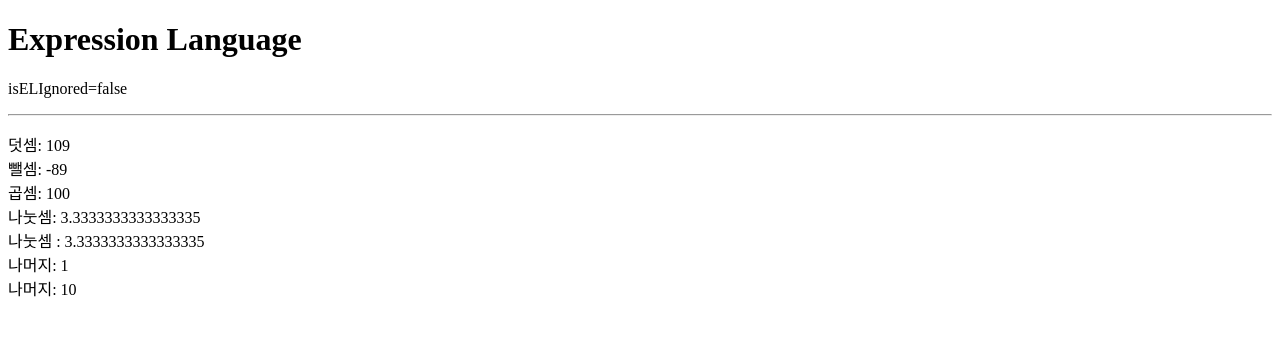
Repository: jsb5589/JAVAStudy
Page: http://localhost/JSP04/elTest2.jsp
These files come from the project's save history. The page is drawn as it stood at one moment and after the next save; the edit follows.
The browser window is 1280 px wide. The pictures show the whole page.
The page is served by Tomcat 9.

Above is the page before, as saved 2021-08-12 06:31:55.

After the next save:
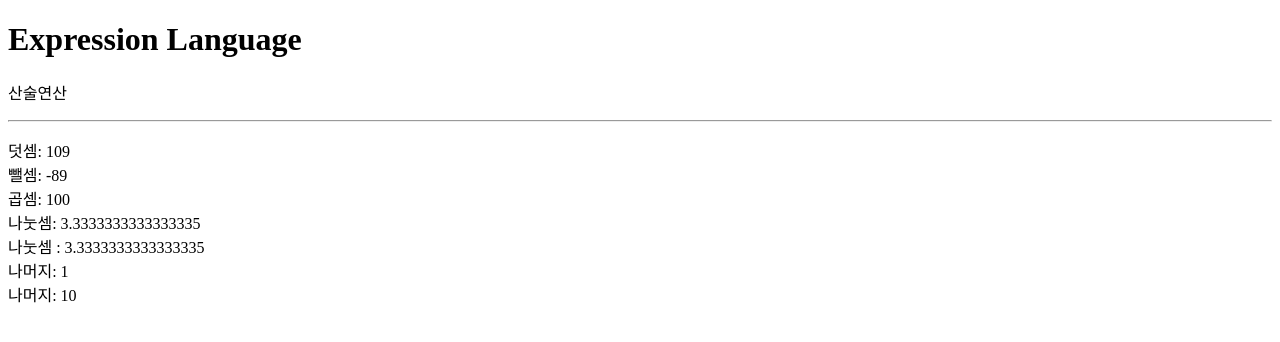
Saved 17 s later.
--- a/EZWebs/JSP04/src/main/webapp/elTest2.jsp
+++ b/EZWebs/JSP04/src/main/webapp/elTest2.jsp
@@ -8,7 +8,7 @@
 </head>
 <body>
 	<h1>Expression Language</h1>
-	<p>isELIgnored=false</p>
+	<p>산술연산</p>
 	<hr>
 	<p>
 		덧셈: ${10+99} <br>
